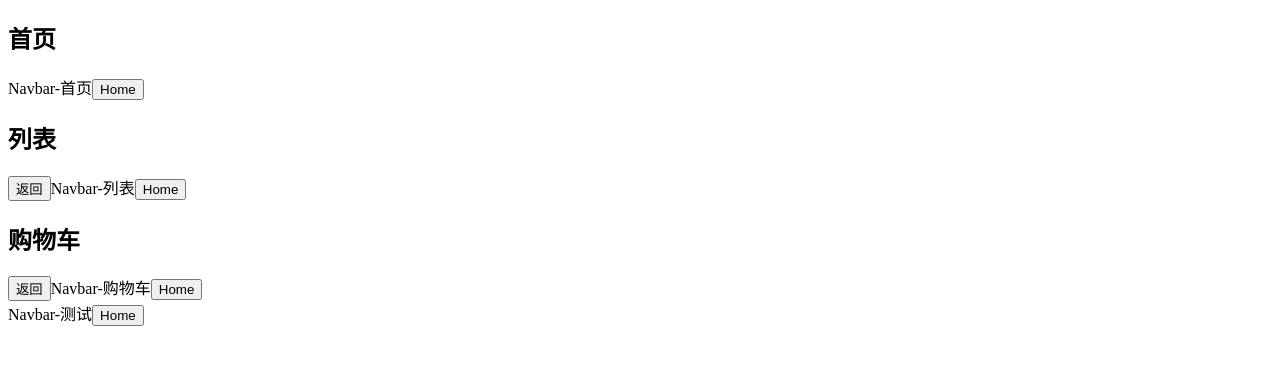
Repository: zenghao518518/React
Page: /
An editor plug-in stored every save of this project. The page is shown before and after the next save, followed by the edit.
The browser window is 1280 px wide. The pictures show the whole page.
The project was rebuilt for these pictures with package versions that can differ from the ones it lists, and the page was loaded fresh each time.

Above is the page before, as saved 2023-07-24 18:40:05.

### src/index.js
import React from 'react';
//import ReactDOM from 'react-dom';
import ReactDOM from 'react-dom/client'
//import './01-base/01-class组件'
//ReactDOM.render(<div>111111</div>,document.getElementById('root'))                    //);
//import App from './01-base/01-class组件'
//import App from './01-base/02-函数式组件'
//import App from './01-base/03-组件的嵌套'
//import App from './01-base/04-组件的样式'
//import App from './01-base/05-事件绑定-1'
//import App from './01-base/06-事件绑定-2'
//import App from './01-base/07-ref'
//import App from './01-base/08-state'
//import App from './01-base/09-数组渲染'
//import App from './01-base/10-todolist'
//import App from './01-base/12-卖座选项卡'
//import App from './01-base/13-setState同步异步'
//import App from './01-base/14-betterScroll'
//import App from './01-base/15-betterscroll-cinema'
import App from './01-base/16-prop'
//import App from './01-base/19-非受控'
//import App from './01-base/20-受控'
let root = ReactDOM.createRoot(document.getElementById('root'));
//root.render(<div>111111</div>);
root.render(<React.StrictMode><App></App></React.StrictMode>);
//root.render(<App></App>);

### src/01-base/16-prop.js
import React, { Component } from "react";
import Navbar from "./Navbar";
export default class App extends Component {
  render() {
    //上面父组件传来的一个对象
    var obj = {
      title: "测试",
      leftshow: false,
    };

    return (
      <div>
        <div>
          <h2>首页</h2>
          <Navbar title="首页" leftshow={false} />
        </div>
        <div>
          <h2>列表</h2>
          <Navbar title="列表" />
        </div>
        <div>
          <h2>购物车</h2>
          <Navbar title="购物车" leftshow={true} />
        </div>

        <Navbar title={obj.title} leftshow={obj.leftshow} />

      </div>
    );
  }
}

### src/01-base/Navbar/index.js
import React, { Component } from "react";
import zenghaoProp from "prop-types";
console.log(zenghaoProp);
export default class Navbar extends Component {
  state = {
    //只能内部自己用的，外面无法改变
  };
  //类属性
  static propTypes = {
    title: zenghaoProp.string,
    leftshow: zenghaoProp.bool,
  };
  //默认值
  static defaultProps = {
    leftshow: true,
  };

  render() {
    console.log(this.props);
    let { title, leftshow } = this.props;

    return (
      <div>
        {leftshow && <button>返回</button>}
        Navbar-{title}
        <button>Home</button>
      </div>
    );
  }
}

Loaded but not shown: public/index.html (common file)

After the next save:
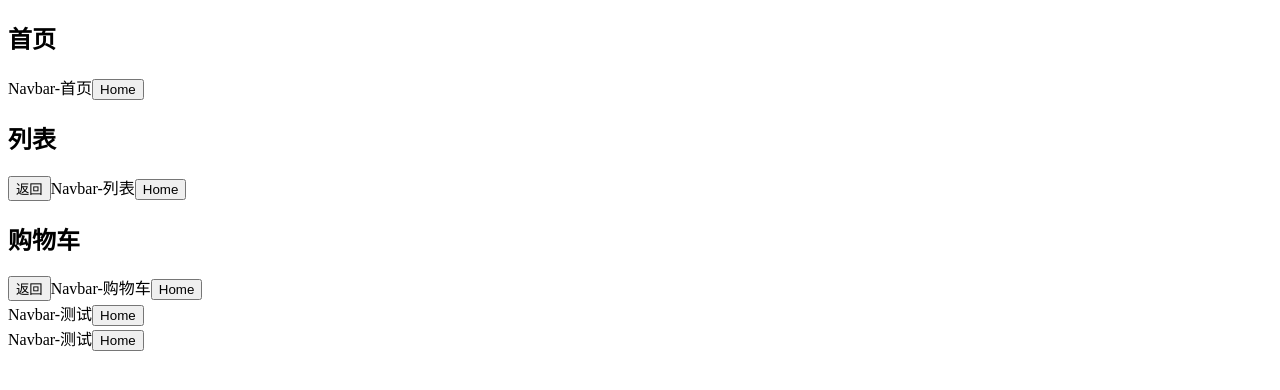
Saved 105 s later.
--- a/src/01-base/16-prop.js
+++ b/src/01-base/16-prop.js
@@ -24,7 +24,7 @@ export default class App extends Component {
         </div>
 
         <Navbar title={obj.title} leftshow={obj.leftshow} />
-
+        <Navbar {...obj}/>
       </div>
     );
   }
